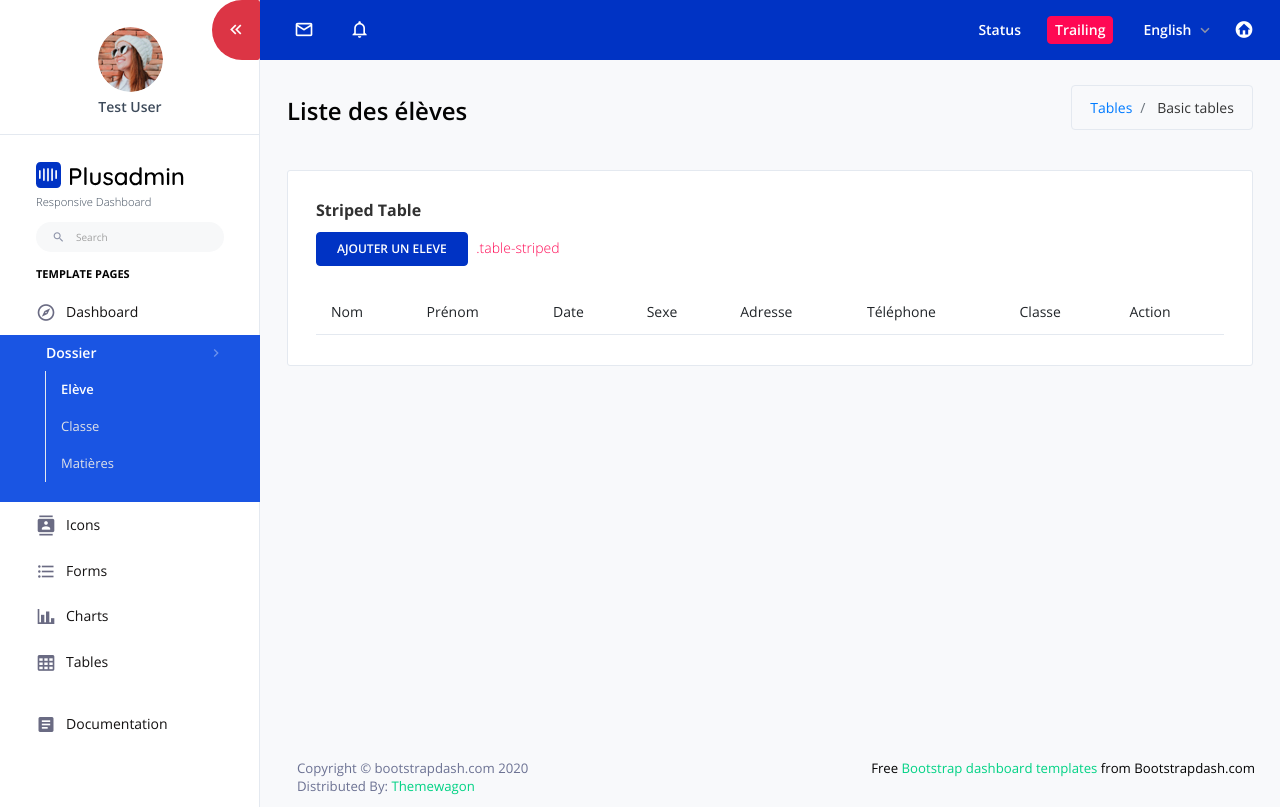
Repository: james19999/gestioneleve
Page: http://localhost/eleves
The author's editor kept a copy of each file at every save. The page is drawn from the files as they stood at one save, then again after the next save.
The browser window is 1280 px wide. The pictures show the whole page.
The page is served by the project's Laravel application, run on PHP 8.4 with Laravel 8. A made-up administrator, Test User (test@example.com), is signed in. Other server files are loaded and not shown. Queries for data that is not in the repository find no rows.

Above is the page before, as saved 2021-12-01 10:06:19.

### routes/web.php
<?php

use Illuminate\Support\Facades\Route;
use App\Http\Controllers\SmSController;
use App\Http\Controllers\EleveController;
use App\Http\Controllers\ClasseController;

/*
|--------------------------------------------------------------------------
| Web Routes
|--------------------------------------------------------------------------
|
| Here is where you can register web routes for your application. These
| routes are loaded by the RouteServiceProvider within a group which
| contains the "web" middleware group. Now create something great!
|
*/
// Route::post('/sms',[SmSController::class,'sms'])->name('sms');
// Route::get('/send',[SmSController::class,'send']);
Route::get('/', function () {
    return view('welcome');
});

//liste des classes à retourner dans la base de donnée
Route::get('/classes',[ClasseController::class,'index'])->name('index');
//route en relation avec le formulaire d 'enrégistrement des classes
Route::get('classes/form',[ClasseController::class,'form'])->name('form');
//route en relation pour stocker les données a travèrs le formulaire
Route::post('classe/store',[ClasseController::class,'store'])->name('store');
Route::delete('/supprimer/{id}',[ClasseController::class,'deletes'])->name('supprimer');
Route::get('/edit/{id}',[ClasseController::class,'edit'])->name('edit');

Route::put('/updates/de/{id}',[ClasseController::class,'updates'])->name('updates');


Route::resource('eleves',EleveController::class);

Route::middleware(['auth'])->group(function () {

    Route::view('/admin', 'admin.admin')->name('admin');
});

Auth::routes();

Route::get('/home', [App\Http\Controllers\HomeController::class, 'index'])->name('home');

### app/Http/Controllers/EleveController.php
<?php

namespace App\Http\Controllers;

use App\Models\Eleve;
use App\Models\Classe;
use Illuminate\Http\Request;
use App\Http\Requests\EleveRequest;

class EleveController extends Controller
{
    /**
     * Display a listing of the resource.
     *
     * @return \Illuminate\Http\Response
     */
    public function index()
    {
        $Eleves=Eleve::with('classes')->get();

        return view('eleves.index',compact('Eleves'));
    }

    /**
     * Show the form for creating a new resource.
     *
     * @return \Illuminate\Http\Response
     */
    public function create()
    {
        $Classes=Classe::all();
        return view('eleves.create',compact('Classes'));
    }

    /**
     * Store a newly created resource in storage.
     *
     * @param  \Illuminate\Http\Request  $request
     * @return \Illuminate\Http\Response
     */
    public function store(EleveRequest $request)
    {
        Eleve::create($request->validated());

        return redirect()->route('eleves.index');
        // return back();
    }

    /**
     * Display the specified resource.
     *
     * @param  int  $id
     * @return \Illuminate\Http\Response
     */
    public function show($id)
    {
        $Eleves=Eleve::findOrfail($id);

        return view('eleves.show',compact('Eleves'));
    }

    /**
     * Show the form for editing the specified resource.
     *
     * @param  int  $id
     * @return \Illuminate\Http\Response
     */
    public function edit($id)
    {
        $Eleves=Eleve::findOrfail($id);
        $Classes=Classe::all();

        return view('eleves.edit',compact('Eleves','Classes'));
    }

    /**
     * Update the specified resource in storage.
     *
     * @param  \Illuminate\Http\Request  $request
     * @param  int  $id
     * @return \Illuminate\Http\Response
     */
    public function update(EleveRequest $request, $id)
    {
        $Eleves=Eleve::findOrfail($id);
        $Eleves->update($request->validated());
        return redirect()->route('eleves.index');

    }

    /**
     * Remove the specified resource from storage.
     *
     * @param  int  $id
     * @return \Illuminate\Http\Response
     */
    public function destroy($id)
    {
        Eleve::destroy($id);
        return back();
    }
}

### app/Models/Eleve.php
<?php

namespace App\Models;

use App\Models\Classe;
use Illuminate\Database\Eloquent\Model;
use Illuminate\Database\Eloquent\Factories\HasFactory;

class Eleve extends Model
{
    use HasFactory;

    protected  $fillable=[
        'nom',
        'prenom',
        'date_naiss',
        'sexe',
        'adresse',
        'tel',
        'classe_id',
    ];
    public function classes(){
        return $this->belongsTo(Classe::class,'classe_id');
    }
}

### resources/views/eleves/index.blade.php
@extends('layouts.master')

@section('content')

<div class="content-wrapper">
    <div class="page-header">
      <h3 class="page-title">Liste des élèves</h3>
      <div>
        @if (session()->has('message'))
            <div class="alert alert-success">
                {{ session('message') }}
            </div>
        @endif
    </div>
      <nav aria-label="breadcrumb">
        <ol class="breadcrumb">
          <li class="breadcrumb-item"><a href="#">Tables</a></li>
          <li class="breadcrumb-item active" aria-current="page"> Basic tables </li>
        </ol>
      </nav>
    </div>
    <div class="row">
      <div class="col-lg-12 grid-margin stretch-card">
        <div class="card">
          <div class="card-body">
            <h4 class="card-title">Striped Table</h4>
            <p class="card-description"> <a  class="btn btn-primary" href="{{ route('eleves.create') }}">AJOUTER UN ELEVE</a> <code>.table-striped</code>
            </p>
            <div class="table-responsive">
              <table class="table table-striped">
                <thead>
                  <tr>
                    {{-- <th>#</th> --}}
                    {{-- <th>Numéro</th> --}}
                    <th>Nom</th>
                    <th>Prénom</th>
                    <th>Date</th>
                    <th>Sexe</th>
                    <th>Adresse</th>
                    <th>Téléphone</th>
                    <th>Classe</th>
                    <th>Action</th>
                  </tr>
                </thead>
                <tbody>
                    @foreach($Eleves as $key => $Eleve)

                  <tr>

                    {{-- <td class="py-1">
                      {{ $key++ }}
                    </td> --}}
                    {{-- <td class="py-1">
                      {{ $Eleve->id }}
                    </td> --}}
                    <td>{{ $Eleve->nom }}</td>
                    <td>
                       {{ $Eleve->prenom }}
                    </td>

                    <td>{{ $Eleve->date_naiss }}</td>
                    <td>{{ $Eleve->sexe }}</td>
                    <td>{{ $Eleve->adresse }}</td>
                    <td>{{ $Eleve->tel }}</td>
                    <td>{{ $Eleve->classes->libelle }}</td>
                    <td>

                         <form action="{{ route('eleves.destroy',$Eleve) }}" method="POST"
                           onclick="return confirm('supprimer') "
                         >
                               @csrf
                               @method('DELETE')
                            <button  class="btn btn-danger" >SUPPRIMER</button>
                         </form>

                        </td>
                        <td>
                        <a  class="btn btn-info" href="{{ route('eleves.edit',$Eleve) }}">EDITER</a>

                       </td>
                        <td>
                        <a  class="btn btn-dark" href="{{ route('eleves.show',$Eleve) }}">DETAIL</a>

                       </td>
                    </tr>
                    @endforeach

                </tbody>
            </table>
            </div>
        </div>
    </div>
</div>

</div>
{{-- {{$Eleves->links()  }} --}}
</div>
@endsection

### resources/views/partials/sidbar.blade.php
<nav class="sidebar sidebar-offcanvas" id="sidebar">
    <ul class="nav">
      <li class="nav-item nav-profile border-bottom">
        <a href="#" class="nav-link flex-column">
          <div class="nav-profile-image">
            <img src="../assets/images/faces/face1.jpg" alt="profile" />
            <!--change to offline or busy as needed-->
          </div>
          <div class="nav-profile-text d-flex ml-0 mb-3 flex-column">
            <span class="font-weight-semibold mb-1 mt-2 text-center">{{ Auth::user()->name }}</span>
            {{-- <span class="text-secondary icon-sm text-center">$3499.00</span> --}}
          </div>
        </a>
      </li>
      <li class="nav-item pt-3">
        <a class="nav-link d-block" href="index.html">
          <img class="sidebar-brand-logo" src="../assets/images/logo.svg" alt="" />
          <img class="sidebar-brand-logomini" src="../assets/images/logo-mini.svg" alt="" />
          <div class="small font-weight-light pt-1">Responsive Dashboard</div>
        </a>
        <form class="d-flex align-items-center" action="#">
          <div class="input-group">
            <div class="input-group-prepend">
              <i class="input-group-text border-0 mdi mdi-magnify"></i>
            </div>
            <input type="text" class="form-control border-0" placeholder="Search" />
          </div>
        </form>
      </li>
      <li class="pt-2 pb-1">
        <span class="nav-item-head">Template Pages</span>
      </li>
      <li class="nav-item">
        <a class="nav-link" href="index.html">
          <i class="mdi mdi-compass-outline menu-icon"></i>
          <span class="menu-title">Dashboard</span>
        </a>
      </li>
      <li class="nav-item">
        <a class="nav-link" data-toggle="collapse" href="#ui-basic" aria-expanded="false" aria-controls="ui-basic">
          <i class="mdi mdi-crosshairs-floder menu-icon"></i>
          <span class="menu-title">Dossier</span>
          <i class="menu-arrow"></i>
        </a>
        <div class="collapse" id="ui-basic">
          <ul class="nav flex-column sub-menu">
            <li class="nav-item">
              <a class="nav-link" href="{{ route('eleves.index') }}"> Elève </a>
            </li>
            <li class="nav-item">
              <a class="nav-link" href="{{ route('index') }}">Classe</a>
            </li>
            <li class="nav-item">
              <a class="nav-link" href="">Matières</a>
            </li>
          </ul>
        </div>
      </li>
      <li class="nav-item">
        <a class="nav-link" href="pages/icons/mdi.html">
          <i class="mdi mdi-contacts menu-icon"></i>
          <span class="menu-title">Icons</span>
        </a>
      </li>
      <li class="nav-item">
        <a class="nav-link" href="pages/forms/basic_elements.html">
          <i class="mdi mdi-format-list-bulleted menu-icon"></i>
          <span class="menu-title">Forms</span>
        </a>
      </li>
      <li class="nav-item">
        <a class="nav-link" href="pages/charts/chartjs.html">
          <i class="mdi mdi-chart-bar menu-icon"></i>
          <span class="menu-title">Charts</span>
        </a>
      </li>
      <li class="nav-item">
        <a class="nav-link" href="pages/tables/basic-table.html">
          <i class="mdi mdi-table-large menu-icon"></i>
          <span class="menu-title">Tables</span>
        </a>
      </li>
      <li class="nav-item pt-3">
        <a class="nav-link" href="http://bootstrapdash.com/demo/plus-free/documentation/documentation.html" target="_blank">
          <i class="mdi mdi-file-document-box menu-icon"></i>
          <span class="menu-title">Documentation</span>
        </a>
      </li>
    </ul>
  </nav>

### resources/views/partials/navbar.blade.php
<nav class="navbar default-layout-navbar col-lg-12 col-12 p-0 fixed-top d-flex flex-row">
    <div class="navbar-menu-wrapper d-flex align-items-stretch">
      <button class="navbar-toggler navbar-toggler align-self-center" type="button" data-toggle="minimize">
        <span class="mdi mdi-chevron-double-left"></span>
      </button>
      <div class="text-center navbar-brand-wrapper d-flex align-items-center justify-content-center">
        <a class="navbar-brand brand-logo-mini" href="index.html"><img src="../assets/images/logo-mini.svg" alt="logo" /></a>
      </div>
      <ul class="navbar-nav">
        <li class="nav-item dropdown">
          <a class="nav-link" id="messageDropdown" href="#" data-toggle="dropdown" aria-expanded="false">
            <i class="mdi mdi-email-outline"></i>
          </a>
          <div class="dropdown-menu dropdown-menu-left navbar-dropdown preview-list" aria-labelledby="messageDropdown">
            <h6 class="p-3 mb-0 font-weight-semibold">Messages</h6>
            <div class="dropdown-divider"></div>
            <a class="dropdown-item preview-item">
              <div class="preview-thumbnail">
                <img src="../assets/images/faces/face1.jpg" alt="image" class="profile-pic">
              </div>
              <div class="preview-item-content d-flex align-items-start flex-column justify-content-center">
                <h6 class="preview-subject ellipsis mb-1 font-weight-normal">Mark send you a message</h6>
                <p class="text-gray mb-0"> 1 Minutes ago </p>
              </div>
            </a>
            <div class="dropdown-divider"></div>
            <a class="dropdown-item preview-item">
              <div class="preview-thumbnail">
                <img src="../assets/images/faces/face6.jpg" alt="image" class="profile-pic">
              </div>
              <div class="preview-item-content d-flex align-items-start flex-column justify-content-center">
                <h6 class="preview-subject ellipsis mb-1 font-weight-normal">Cregh send you a message</h6>
                <p class="text-gray mb-0"> 15 Minutes ago </p>
              </div>
            </a>
            <div class="dropdown-divider"></div>
            <a class="dropdown-item preview-item">
              <div class="preview-thumbnail">
                <img src="../assets/images/faces/face7.jpg" alt="image" class="profile-pic">
              </div>
              <div class="preview-item-content d-flex align-items-start flex-column justify-content-center">
                <h6 class="preview-subject ellipsis mb-1 font-weight-normal">Profile picture updated</h6>
                <p class="text-gray mb-0"> 18 Minutes ago </p>
              </div>
            </a>
            <div class="dropdown-divider"></div>
            <h6 class="p-3 mb-0 text-center text-primary font-13">4 new messages</h6>
          </div>
        </li>
        <li class="nav-item dropdown ml-3">
          <a class="nav-link" id="notificationDropdown" href="#" data-toggle="dropdown">
            <i class="mdi mdi-bell-outline"></i>
          </a>
          <div class="dropdown-menu dropdown-menu-left navbar-dropdown preview-list" aria-labelledby="notificationDropdown">
            <h6 class="px-3 py-3 font-weight-semibold mb-0">Notifications</h6>
            <div class="dropdown-divider"></div>
            <a class="dropdown-item preview-item">
              <div class="preview-thumbnail">
                <div class="preview-icon bg-success">
                  <i class="mdi mdi-calendar"></i>
                </div>
              </div>
              <div class="preview-item-content d-flex align-items-start flex-column justify-content-center">
                <h6 class="preview-subject font-weight-normal mb-0">New order recieved</h6>
                <p class="text-gray ellipsis mb-0"> 45 sec ago </p>
              </div>
            </a>
            <div class="dropdown-divider"></div>
            <a class="dropdown-item preview-item">
              <div class="preview-thumbnail">
                <div class="preview-icon bg-warning">
                  <i class="mdi mdi-settings"></i>
                </div>
              </div>
              <div class="preview-item-content d-flex align-items-start flex-column justify-content-center">
                <h6 class="preview-subject font-weight-normal mb-0">Server limit reached</h6>
                <p class="text-gray ellipsis mb-0"> 55 sec ago </p>
              </div>
            </a>
            <div class="dropdown-divider"></div>
            <a class="dropdown-item preview-item">
              <div class="preview-thumbnail">
                <div class="preview-icon bg-info">
                  <i class="mdi mdi-link-variant"></i>
                </div>
              </div>
              <div class="preview-item-content d-flex align-items-start flex-column justify-content-center">
                <h6 class="preview-subject font-weight-normal mb-0">Kevin karvelle</h6>
                <p class="text-gray ellipsis mb-0"> 11:09 PM </p>
              </div>
            </a>
            <div class="dropdown-divider"></div>
            <h6 class="p-3 font-13 mb-0 text-primary text-center">View all notifications</h6>
          </div>
        </li>
      </ul>
      <ul class="navbar-nav navbar-nav-right">
        <li class="nav-item nav-logout d-none d-md-block mr-3">
          <a class="nav-link" href="#">Status</a>
        </li>
        <li class="nav-item nav-logout d-none d-md-block">
          <button class="btn btn-sm btn-danger">Trailing</button>
        </li>
        <li class="nav-item nav-profile dropdown d-none d-md-block">
          <a class="nav-link dropdown-toggle" id="profileDropdown" href="#" data-toggle="dropdown" aria-expanded="false">
            <div class="nav-profile-text">English </div>
          </a>
          <div class="dropdown-menu center navbar-dropdown" aria-labelledby="profileDropdown">
            {{-- <a class="dropdown-item" href="#">
              <i class="flag-icon flag-icon-bl mr-3"></i> French </a>
            <div class="dropdown-divider"></div>
            <a class="dropdown-item" href="#">
              <i class="flag-icon flag-icon-cn mr-3"></i> Chinese </a>
            <div class="dropdown-divider"></div>
            <a class="dropdown-item" href="#">
              <i class="flag-icon flag-icon-de mr-3"></i> German </a>
            <div class="dropdown-divider"></div>
            <a class="dropdown-item" href="#">
              <i class="flag-icon flag-icon-ru mr-3"></i>Russian </a> --}}
              <a class="dropdown-item" href="{{ route('logout') }}"
              onclick="event.preventDefault();
                            document.getElementById('logout-form').submit();">
               {{ __('Logout') }}
           </a>

           <form id="logout-form" action="{{ route('logout') }}" method="POST" class="d-none">
               @csrf
           </form>
          </div>
        </li>
        <li class="nav-item nav-logout d-none d-lg-block">
          <a class="nav-link" href="index.html">
            <i class="mdi mdi-home-circle"></i>
          </a>
        </li>
      </ul>
      <button class="navbar-toggler navbar-toggler-right d-lg-none align-self-center" type="button" data-toggle="offcanvas">
        <span class="mdi mdi-menu"></span>
      </button>
    </div>
  </nav>

Loaded but not shown: app/Http/Controllers/Auth/ConfirmPasswordController.php (common file); app/Http/Controllers/Controller.php (common file); app/Models/User.php (common file); public/assets/vendors/mdi/css/materialdesignicons.min.css (library); public/assets/vendors/flag-icon-css/css/flag-icon.min.css (library); public/assets/vendors/css/vendor.bundle.base.css (common file); public/assets/vendors/jquery-bar-rating/css-stars.css (common file); public/assets/vendors/font-awesome/css/font-awesome.min.css (library); public/assets/css/demo_1/style.css (library); public/assets/vendors/js/vendor.bundle.base.js (library); public/assets/vendors/jquery-bar-rating/jquery.barrating.min.js (library); public/assets/vendors/chart.js/Chart.min.js (library); public/assets/vendors/flot/jquery.flot.js (library); public/assets/vendors/flot/jquery.flot.resize.js (library); public/assets/vendors/flot/jquery.flot.categories.js (library); public/assets/vendors/flot/jquery.flot.fillbetween.js (library); public/assets/vendors/flot/jquery.flot.stack.js (library); public/assets/js/off-canvas.js (common file); public/assets/images/logo.svg (21 lines, source omitted); public/assets/images/logo-mini.svg (22 lines, source omitted); public/assets/js/dashboard.js (1730 lines, source omitted); public/assets/js/settings.js (106 lines, source omitted); public/assets/js/misc.js (95 lines, source omitted); public/assets/js/todolist.js (34 lines, source omitted); public/assets/js/hoverable-collapse.js (28 lines, source omitted); resources/views/layouts/master.blade.php (675 lines, source omitted)

After the next save:
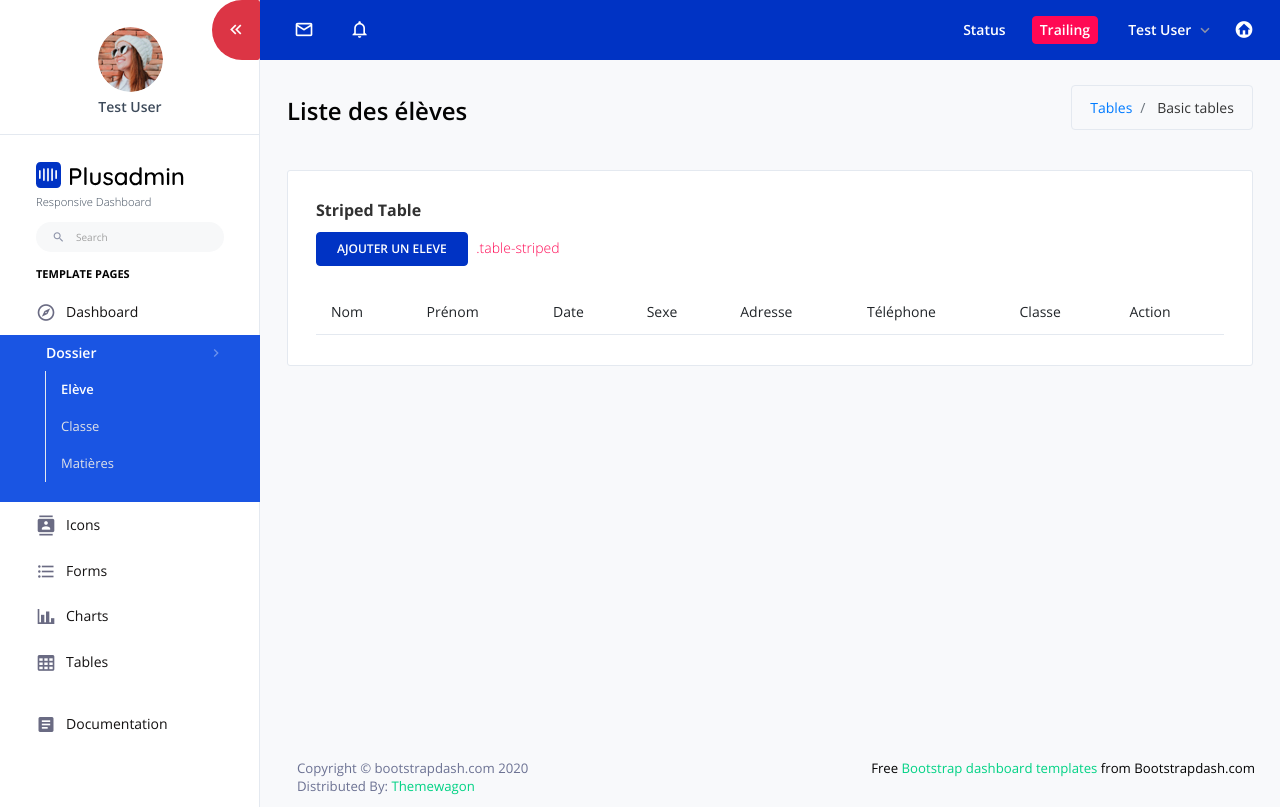
Saved 3 min 0 s later.
--- a/resources/views/partials/navbar.blade.php
+++ b/resources/views/partials/navbar.blade.php
@@ -103,7 +103,7 @@
         </li>
         <li class="nav-item nav-profile dropdown d-none d-md-block">
           <a class="nav-link dropdown-toggle" id="profileDropdown" href="#" data-toggle="dropdown" aria-expanded="false">
-            <div class="nav-profile-text">English </div>
+            <div class="nav-profile-text">{{ Auth::user()->name }} </div>
           </a>
           <div class="dropdown-menu center navbar-dropdown" aria-labelledby="profileDropdown">
             {{-- <a class="dropdown-item" href="#">
